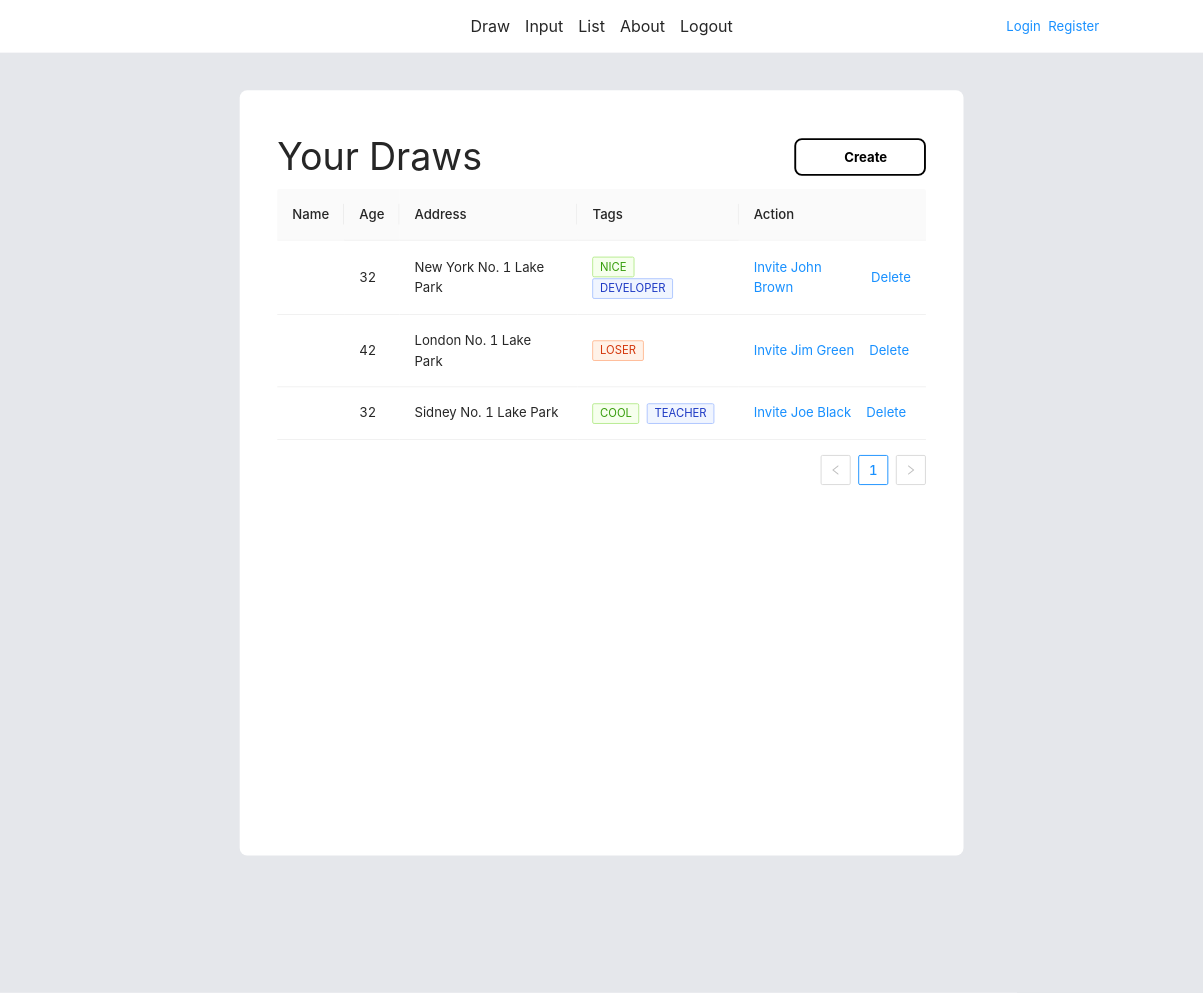
Repository: truongnguyenuit/DrawApp
Page: /draw/list (app in client/)
These files come from the project's save history. The page is drawn as it stood at one moment and after the next save; the edit follows.
The browser window is 1280 px wide. The pictures show the whole page, at 94% of full size.
The page's requests for data from a server got no answer. The project was rebuilt for these pictures with package versions that can differ from the ones it lists, and the page was loaded fresh each time. The framework's server and built-in components were replaced by stand-ins that run in the browser. No one was signed in, and anything a server would have sent is missing. Also part of the build but not shown: client/next.config.js.

Above is the page before, as saved 2022-08-20 18:48:18.

### client/pages/_app.js
import '../styles/globals.css'
import 'antd/dist/antd.css'
import Layout from '../components/Layout'
import AuthContextProvider from '../contexts/authContext'
import DrawContextProvider from '../contexts/drawContext'

function MyApp({ Component, pageProps }) {
  return (
    <DrawContextProvider>
      <AuthContextProvider>
        <Layout>
          <Component {...pageProps} />
        </Layout>
      </AuthContextProvider>
    </DrawContextProvider>
  )
}

export default MyApp

### client/pages/draw/list.js
import React from 'react'
import { Table, Tag, Space } from "antd"

const columns = [
  {
    title: 'Name',
    dataIndex: 'nameaa',
    key: 'name',
    render: (text) => <a>{text}</a>,
  },
  {
    title: 'Age',
    dataIndex: 'age',
    key: 'age',
  },
  {
    title: 'Address',
    dataIndex: 'address',
    key: 'address',
  },
  {
    title: 'Tags',
    key: 'tags',
    dataIndex: 'tags',
    render: (_, { tags }) => (
      <>
        {tags.map((tag) => {
          let color = tag.length > 5 ? 'geekblue' : 'green';

          if (tag === 'loser') {
            color = 'volcano';
          }

          return (
            <Tag color={color} key={tag}>
              {tag.toUpperCase()}
            </Tag>
          );
        })}
      </>
    ),
  },
  {
    title: 'Action',
    key: 'action',
    render: (_, record) => (
      <Space size="middle">
        <a>Invite {record.name}</a>
        <a>Delete</a>
      </Space>
    ),
  },
];
const data = [
  {
    key: '1',
    name: 'John Brown',
    age: 32,
    address: 'New York No. 1 Lake Park',
    tags: ['nice', 'developer'],
  },
  {
    key: '2',
    name: 'Jim Green',
    age: 42,
    address: 'London No. 1 Lake Park',
    tags: ['loser'],
  },
  {
    key: '3',
    name: 'Joe Black',
    age: 32,
    address: 'Sidney No. 1 Lake Park',
    tags: ['cool', 'teacher'],
  },
];



const list = () => {
  return (
    <div className='flex justify-center bg-gray-200 h-[1000px]'>
      <div className="bg-white w-[770px] h-[814px] mt-[40px] flex flex-col items-center gap-0.5  p-10 rounded-lg">
        <div className='flex justify-between items-center w-full'>
          <span className="text-[40px] font-normal">Your Draws</span>
          <button className='bg-white font-bold w-[140px] h-[40px] text-black rounded-[8px] border-2 border-black'>
            <i className="fa-solid fa-file mr-3"></i>
            Create
          </button>
        </div>
        <Table columns={columns} dataSource={data}/>
      </div>


    </div>
  )
}

export default list

### client/components/Layout.js
import Head from 'next/head'
import NavbarMenu from './NavbarMenu'

const Layout = ({ children }) => (

	<div>
		<Head>
			<meta charset='UTF-8' />
			<meta http-equiv='X-UA-Compatible' content='IE=edge' />
			<meta name='viewport' content='width=device-width, initial-scale=1.0' />
			<title>Draw App</title>
      <script src="https://kit.fontawesome.com/cd2089affa.js" crossorigin="anonymous"></script>
		</Head>

		<header>
			<NavbarMenu />
		</header>

		<main>{children}</main>
	</div>
)

export default Layout

### client/contexts/authContext.js
import { createContext, useReducer, useEffect } from "react";
import setAuthToken from "../untils/setAuthToken";
import axios from 'axios'

export const AuthContext = createContext()

const authReducer = (state, action) => {

  const { type, payload: { isAuthenticated, user} } = action

  switch (type) {
    case 'SET_AUTH':
    {
      return {
        ...state,
        authLoading: false,
        isAuthenticated: isAuthenticated,
        user: user
      }
    }
    default:
    {
      return state
    }
  }
}

const AuthContextProvider = ({ children }) => {

  const [authState, dispatch] = useReducer(authReducer, {
    authLoading: true,
    isAuthenticated: false,
    user: null
  })

  useEffect(() => {
    loadUser()
    console.log(authState.isAuthenticated)
  }, [authState.isAuthenticated])

  //Authentication
  const loadUser = async () => {

    if (localStorage['LocalStorageTokenName']) {
      setAuthToken(localStorage['LocalStorageTokenName'])
      try {
        const response = await axios.get(`http://localhost:5000/api/auth`)
        if (response.data.success) {

          dispatch({
            type: 'SET_AUTH',
            payload: { isAuthenticated: true, user: response.data.user }
          })
        }
      } catch (error) {
        localStorage.removeItem('LocalStorageTokenName')
        setAuthToken(null)
        dispatch({
          type: 'SET_AUTH',
          payload: { isAuthenticated: false, user: null }
        })
      }
    }
    else {
      dispatch({
        type: 'SET_AUTH',
        payload: { isAuthenticated: false, user: null }
      })
    }
  }

  // Login
  const loginUser = async userForm => {
    try {

      const response = await axios.post(`http://localhost:5000/api/auth/login`, userForm)
      if (response.data.success)
        localStorage.setItem('LocalStorageTokenName', response.data.accessToken)

      await loadUser()
      return response.data

    } catch (error) {
      if (error.response.data) return error.response.data
      else return { success: false, message: error.message }
    }
  }

  // Register
  const registerUser = async userForm => {
    try {

      const response = await axios.post(`http://localhost:5000/api/auth/register`, userForm)
      if (response.data.success)
        localStorage.setItem('LocalStorageTokenName', response.data.accessToken)

      await loadUser()
      return response.data

    } catch (error) {
      if (error.response.data) return error.response.data
      else return { success: false, message: error.message }
    }
  }

  // Context data
  const authContextData = { authState, loginUser, registerUser}

  // Return provider
  return (
    <AuthContext.Provider value={authContextData}>
      {children}
    </AuthContext.Provider>
  )
}
export default AuthContextProvider

### client/contexts/drawContext.js
import { createContext, useReducer, useEffect } from 'react'

import axios from 'axios'

export const DrawContext = createContext()

export const drawReducer = (state, action) => {

  const { type, payload } = action

  switch (type) {
    case 'POSTS_LOADED_SUCCESS':
      return {
        ...state,
        posts: payload,
        postsLoading: false,
      }
    case 'ADD_BLOG':
      return {
        ...state,
        posts: [...state.posts, payload]
      }
    case 'UPDATE_POST':
      const newPosts = state.posts.map(post =>
        post._id === payload._id ? payload : post
      )
      return {
        ...state,
        posts: newPosts
      }

    default:
      return state

  }
}

const DrawContextProvider = ({ children }) => {
  // State
  const [drawState, dispatch] = useReducer(drawReducer, {
    post: null,
    posts: [],
    postsLoading: true
  })

  useEffect(() => {
    getDraws()
  }, [drawState.postsLoading])


  // Get user posts
  const getDraws = async () => {
    try {
      const response = await axios.get(`http://localhost:5000/api/posts`)
      if (response.data.success) {

        dispatch({
          type: 'POSTS_LOADED_SUCCESS',
          payload: response.data.posts
        })
      }
    } catch (error) {
      dispatch({ type: 'POSTS_LOADED_FAIL' })
    }
  }

  // Add post
  const addDraw = async newBlog => {
    try {
      const response = await axios.post(`http://localhost:5000/api/posts`, newBlog)
      if (response.data.success) {
        dispatch({
          type: 'ADD_POST',
          payload: { post: response.data.post }
        })
        return response.data
      }
    } catch (error) {
      return error.response.data
        ? error.response.data
        : { success: false, message: 'Server error' }
    }
  }

  // Update post
  const updateDraw = async updatedPost => {
    try {
      const response = await axios.put(
        `http://localhost:5000/api/posts/${updatedPost._id}`,
        updatedPost
      )
      if (response.data.success) {
        dispatch({ type: 'UPDATE_POST', payload: response.data.post })
        return response.data.message
      }
    } catch (error) {
      return error.response.data
        ? error.response.data
        : { success: false, message: 'Server error' }
    }
  }

  // Post context data
  const drawContextData = {
    drawState,
    addDraw,
    getDraws,
    updateDraw,

  }

  return (
    <DrawContext.Provider value={drawContextData}>
      {children}
    </DrawContext.Provider>
  )
}

export default DrawContextProvider

### client/components/NavbarMenu.js

import Link from 'next/link'
import { Row, Col } from "antd"

const NavigateRouter = [
  {
    path: '/draw/draw',
    name: "Draw",
  },
  {
    path: '/draw/input',
    name: "Input",
  },
  {
    path: '/draw/list',
    name: "List"
  },
  {
    path: '',
    name: "About"
  },
  {
    path: '',
    name: "Logout",
  }
];

const NavbarMenu = () => {
  return (
    <div className="bg-white">
      <Row >

        <Col span={6} className="h-14">
          <div className="flex justify-center items-center text-[20px] gap-2 h-14">
            <i className="fa-brands fa-facebook-square cursor-pointer"></i>
            <i className="fa-brands fa-twitter-square cursor-pointer"></i>
            <i className="fa-brands fa-instagram-square cursor-pointer"></i>
            <i className="fa-brands fa-pinterest-square cursor-pointer"></i>

          </div>
        </Col>

        <Col span={12} className="h-14">
          <nav>
            <ul className="flex justify-center items-center text-[17px] gap-4 h-14">
              {NavigateRouter.map((item, index) => {
                return (
                  <li key={index}>
                    <Link href={item.path} passHref>
                      <span className='cursor-pointer'>
                        {item.name}
                      </span>
                    </Link>
                  </li>
                );

              })}
            </ul>
          </nav>
        </Col>

        <Col span={6} className="h-14">
          <div className="flex justify-center items-center gap-2 h-14">
            <Link href={"/auth/login"}>
              Login
            </Link>
            <Link href={'/auth/register'}>
              Register
            </Link>
          </div>
        </Col>

      </Row>
    </div>
  )
}

export default NavbarMenu

### client/untils/setAuthToken.js
import axios from "axios";

const setAuthToken = token => {
  if (token) {
    axios.defaults.headers.common['Authorization'] = `Bearer ${token}`
  } else {
    delete axios.defaults.headers.common['Authorization']
  }
}

export default setAuthToken

Loaded but not shown: client/styles/globals.css (common file); client/tailwind.config.js (common file)

After the next save:
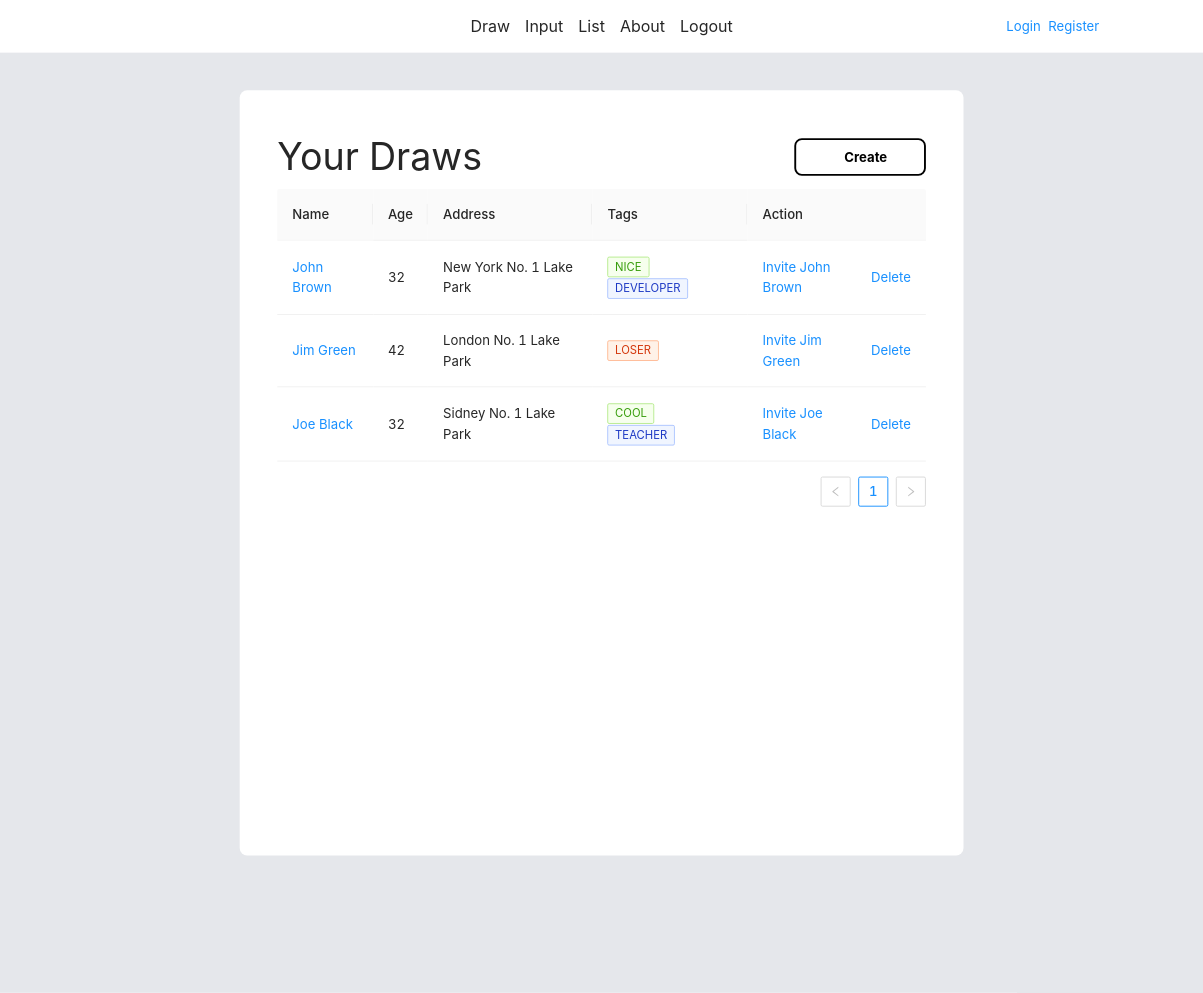
Saved 4 s later.
--- a/client/pages/draw/list.js
+++ b/client/pages/draw/list.js
@@ -4,7 +4,7 @@ import { Table, Tag, Space } from "antd"
 const columns = [
   {
     title: 'Name',
-    dataIndex: 'nameaa',
+    dataIndex: 'name',
     key: 'name',
     render: (text) => <a>{text}</a>,
   },
